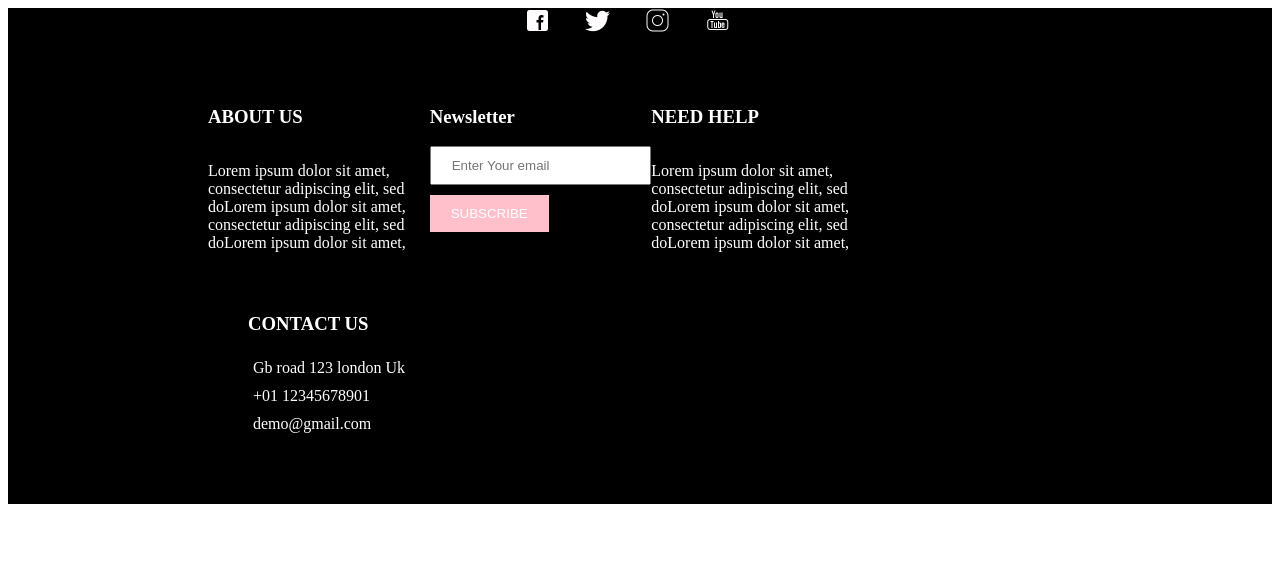
Repository: AVINKUMARP/gifts
Page: demo3.html
An editor plug-in stored every save of this project. The page is shown before and after the next save, followed by the edit.
The browser window is 1280 px wide. The pictures show the whole page.

Above is the page before, as saved 2023-08-24 15:48:47.

After the next save:
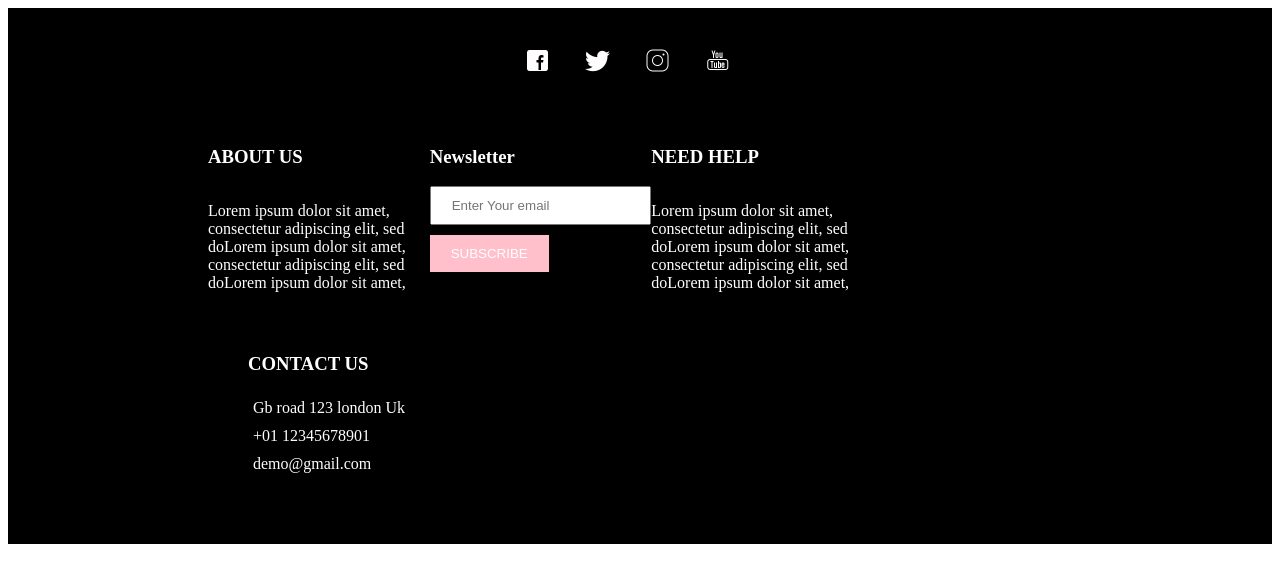
Saved 16 s later.
--- a/demo3.html
+++ b/demo3.html
@@ -14,7 +14,7 @@
             flex-wrap: wrap;
             gap: 10px;
             justify-content: center;
-            align-items: center;
+            padding-top: 40px;
         }
         .list{
             display: flex;
